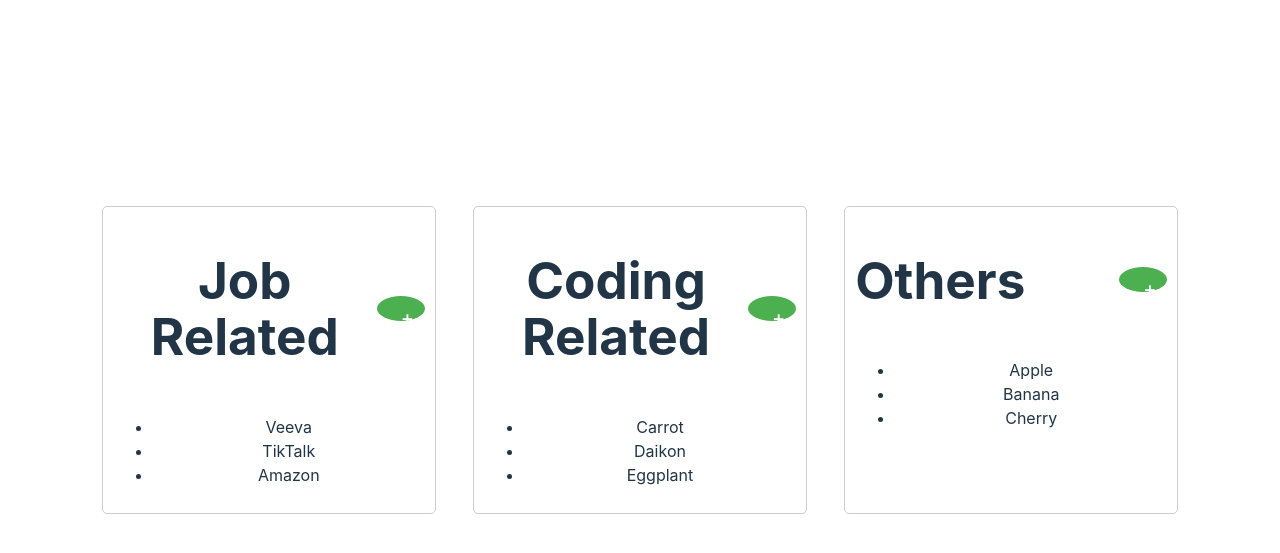
Repository: UofS-Jinhua/MyWebApp
Page: /
An editor plug-in stored every save of this project. The page is shown before and after the next save, followed by the edit.
The browser window is 1280 px wide. The pictures show the whole page.
The project was rebuilt for these pictures with package versions that can differ from the ones it lists, and the page was loaded fresh each time. Also part of the build but not shown: vite.config.js.

Above is the page before, as saved 2024-10-23 13:00:29.

### src/App.jsx
// import { useState } from "react";
import "./App.css";
import Category from "./components/Category";

function App() {
  return (
    <div className="categories-container">
      <Category
        c_name="Job Related"
        contents={["Veeva", "TikTalk", "Amazon"]}
      />
      <Category
        c_name="Coding Related"
        contents={["Carrot", "Daikon", "Eggplant"]}
      />

      <Category c_name="Others" contents={["Apple", "Banana", "Cherry"]} />
    </div>
  );
}

export default App;

### src/App.css
#root {
  max-width: 1280px;
  margin: 0 auto;
  padding: 2rem;
  text-align: center;
}

.categories-container {
  display: flex;
  justify-content: space-around;
}

.category {
  margin: 10px;
  padding: 10px;
  border: 1px solid #ccc;
  border-radius: 5px;
  width: 30%;
  box-sizing: border-box;
}

.category-header {
  display: flex;
  justify-content: space-between;
  align-items: center;
}

.add-button {
  background-color: #4caf50;
  color: white;
  border: none;
  border-radius: 50%;
  width: 25px;
  height: 25px;
  font-size: 20px;
  line-height: 20px;
  text-align: center;
  cursor: pointer;
}

.add-button:hover {
  background-color: #45a049;
}

### src/components/Category.jsx
import { useState } from "react";

export default function Category({ c_name, contents }) {
  const [cur_contents, set_cur_contents] = useState(contents);

  function addContent() {
    const new_content = prompt("Enter new content:");
    set_cur_contents([...cur_contents, new_content]);
  }

  return (
    <div className="category">
      <div className="category-header">
        <h1>{c_name}</h1>
        <button className="add-button" onClick={addContent}>
          +
        </button>
      </div>
      <ul>
        {cur_contents.map((content, index) => (
          <li key={index}>{content}</li>
        ))}
      </ul>
    </div>
  );
}

Loaded but not shown: index.html (common file); src/main.jsx (common file); src/index.css (common file)

After the next save:
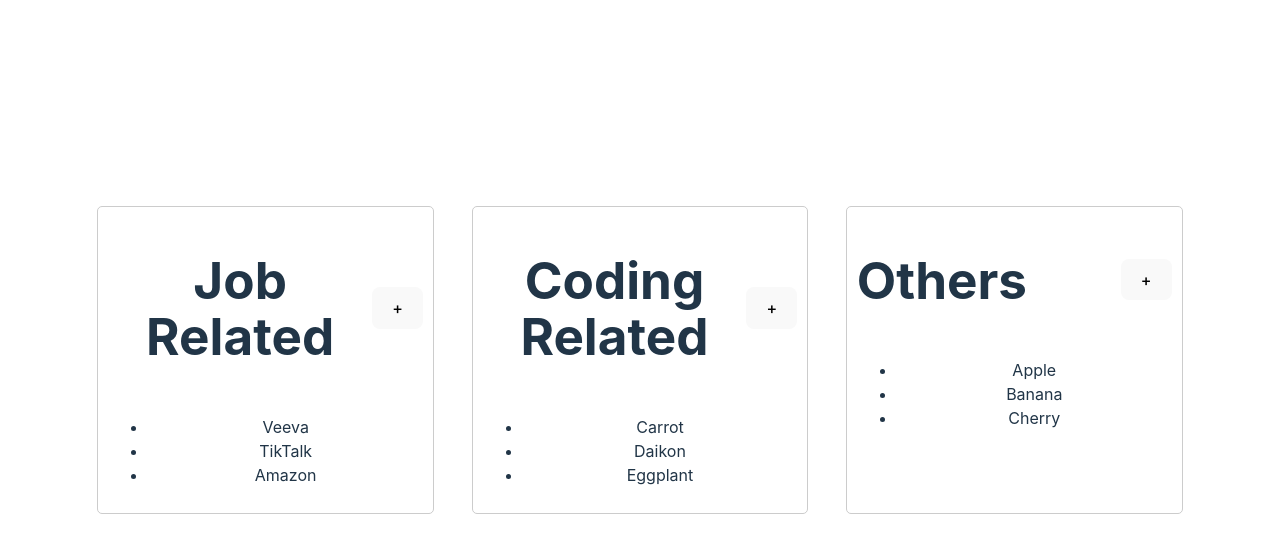
Saved 28 s later.
--- a/src/App.css
+++ b/src/App.css
@@ -25,19 +25,6 @@
   align-items: center;
 }
 
-.add-button {
-  background-color: #4caf50;
-  color: white;
-  border: none;
-  border-radius: 50%;
-  width: 25px;
-  height: 25px;
-  font-size: 20px;
-  line-height: 20px;
-  text-align: center;
-  cursor: pointer;
-}
-
 .add-button:hover {
   background-color: #45a049;
 }
